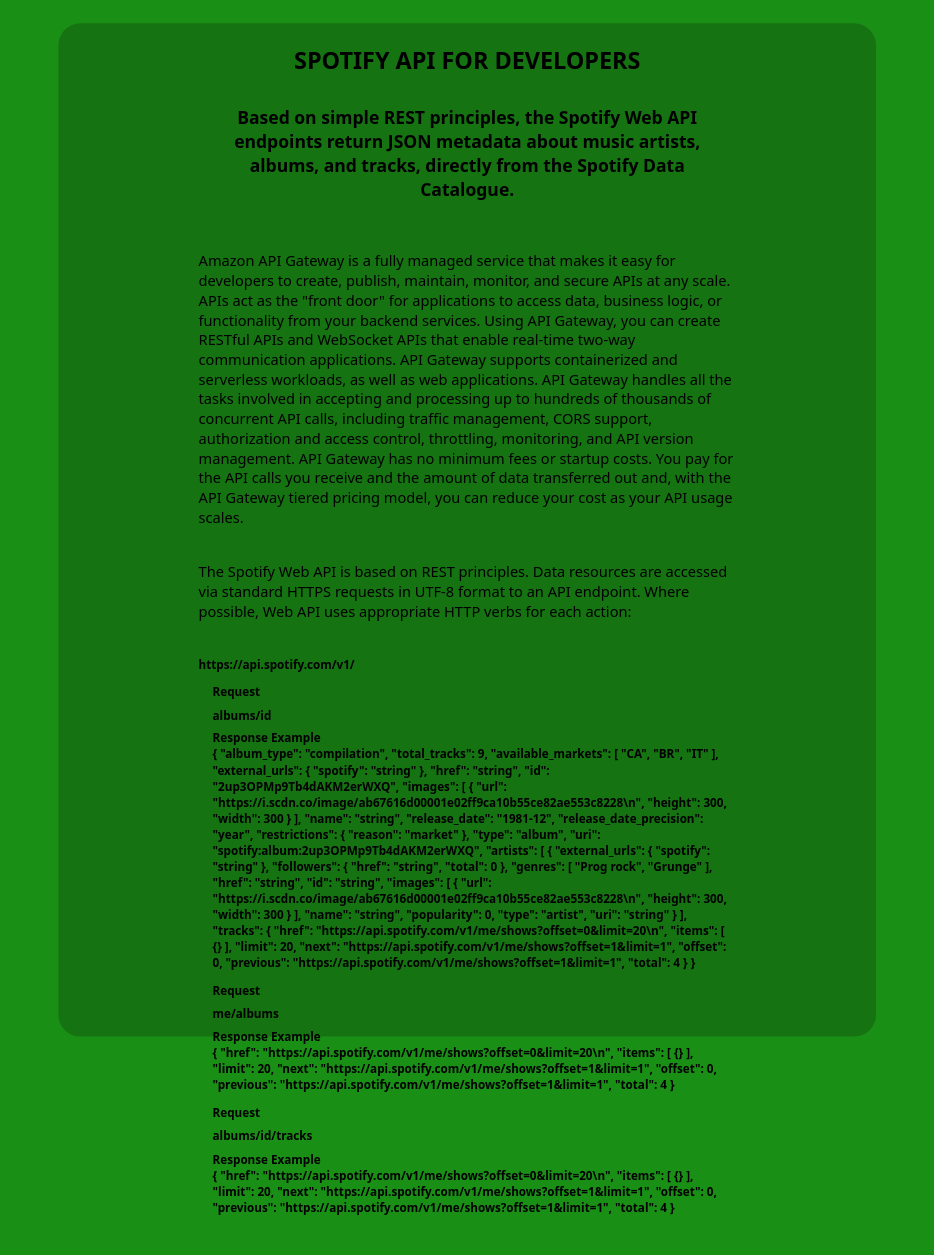
Repository: eliasihai/dizza-html-project
Page: index.html
The author's editor kept a copy of each file at every save. The page is drawn from the files as they stood at one save, then again after the next save.
The browser window is 1280 px wide. The pictures show the whole page, at 73% of full size.

Above is the page before, as saved 2022-01-28 00:29:56.

### index.html
<!DOCTYPE html>
<html lang="en">
  <head>
    <meta charset="UTF-8" />
    <meta http-equiv="X-UA-Compatible" content="IE=edge" />
    <meta name="viewport" content="width=device-width, initial-scale=1.0" />
    <link rel="stylesheet" href="style.css" />
    <link rel="preconnect" href="https://fonts.googleapis.com" />
    <link rel="preconnect" href="https://fonts.gstatic.com" crossorigin />
    <link
      href="https://fonts.googleapis.com/css2?family=Source+Serif+4:ital,wght@0,300;0,400;0,500;0,700;1,300;1,700&display=swap"
      rel="stylesheet"
    />
    <title>Spotify API</title>
  </head>
  <body>
    <div class="container">
      <div class="header_container">
        <!-- <div>
          <img
            src="./png-transparent-youtube-logo-youtube-logo-computer-icons-subscribe-angle-rectangle-airplane.png"
            width="150px"
            alt="This is AWS API image"
          />
        </div> -->
        <div class="title_style">
          <h1>SPOTIFY API FOR DEVELOPERS</h1>
          <h2>
            Based on simple REST principles, the Spotify Web API endpoints
            return JSON metadata about music artists, albums, and tracks,
            directly from the Spotify Data Catalogue.
          </h2>
        </div>
      </div>

      <div class="describe_container">
        <div class="describe_text">
          Amazon API Gateway is a fully managed service that makes it easy for
          developers to create, publish, maintain, monitor, and secure APIs at
          any scale. APIs act as the "front door" for applications to access
          data, business logic, or functionality from your backend services.
          Using API Gateway, you can create RESTful APIs and WebSocket APIs that
          enable real-time two-way communication applications. API Gateway
          supports containerized and serverless workloads, as well as web
          applications. API Gateway handles all the tasks involved in accepting
          and processing up to hundreds of thousands of concurrent API calls,
          including traffic management, CORS support, authorization and access
          control, throttling, monitoring, and API version management. API
          Gateway has no minimum fees or startup costs. You pay for the API
          calls you receive and the amount of data transferred out and, with the
          API Gateway tiered pricing model, you can reduce your cost as your API
          usage scales.
        </div>
        <div class="about_request">
          The Spotify Web API is based on REST principles. Data resources are
          accessed via standard HTTPS requests in UTF-8 format to an API
          endpoint. Where possible, Web API uses appropriate HTTP verbs for each
          action:
        </div>
        <div class="list_container">
          <p>https://api.spotify.com/v1/</p>
          <ul>
            <div class="data_container">
              <div class="request_p">Request</div>
              <li>albums/id</li>
              <div class="response_p">Response Example</div>
              <div>
                { "album_type": "compilation", "total_tracks": 9,
                "available_markets": [ "CA", "BR", "IT" ], "external_urls": {
                "spotify": "string" }, "href": "string", "id":
                "2up3OPMp9Tb4dAKM2erWXQ", "images": [ { "url":
                "https://i.scdn.co/image/ab67616d00001e02ff9ca10b55ce82ae553c8228\n",
                "height": 300, "width": 300 } ], "name": "string",
                "release_date": "1981-12", "release_date_precision": "year",
                "restrictions": { "reason": "market" }, "type": "album", "uri":
                "spotify:album:2up3OPMp9Tb4dAKM2erWXQ", "artists": [ {
                "external_urls": { "spotify": "string" }, "followers": { "href":
                "string", "total": 0 }, "genres": [ "Prog rock", "Grunge" ],
                "href": "string", "id": "string", "images": [ { "url":
                "https://i.scdn.co/image/ab67616d00001e02ff9ca10b55ce82ae553c8228\n",
                "height": 300, "width": 300 } ], "name": "string", "popularity":
                0, "type": "artist", "uri": "string" } ], "tracks": { "href":
                "https://api.spotify.com/v1/me/shows?offset=0&limit=20\n",
                "items": [ {} ], "limit": 20, "next":
                "https://api.spotify.com/v1/me/shows?offset=1&limit=1",
                "offset": 0, "previous":
                "https://api.spotify.com/v1/me/shows?offset=1&limit=1", "total":
                4 } }
              </div>
            </div>
            <div class="data_container">
              <div class="request_p">Request</div>
              <li>me/albums</li>
              <div class="response_p">Response Example</div>
              <div>
                { "href":
                "https://api.spotify.com/v1/me/shows?offset=0&limit=20\n",
                "items": [ {} ], "limit": 20, "next":
                "https://api.spotify.com/v1/me/shows?offset=1&limit=1",
                "offset": 0, "previous":
                "https://api.spotify.com/v1/me/shows?offset=1&limit=1", "total":
                4 }
              </div>
            </div>
            <div class="data_container">
              <div class="request_p">Request</div>
              <li>albums/id/tracks</li>
              <div class="response_p">Response Example</div>
              <div>
                { "href":
                "https://api.spotify.com/v1/me/shows?offset=0&limit=20\n",
                "items": [ {} ], "limit": 20, "next":
                "https://api.spotify.com/v1/me/shows?offset=1&limit=1",
                "offset": 0, "previous":
                "https://api.spotify.com/v1/me/shows?offset=1&limit=1", "total":
                4 }
              </div>
            </div>
          </ul>
        </div>
      </div>
    </div>
  </body>
</html>

### style.css
body {
  min-block-size: 100%;
  min-inline-size: 100%;
  margin: 0;
  box-sizing: border-box;
  display: grid;
  place-content: center;
  font-family: system-ui, sans-serif;
}
html {
  block-size: 100%;
  inline-size: 100%;
  margin: 0;
  font-family: "Source Serif 4", sans-serif;
  background-color: rgba(26, 143, 22);
}
.container {
  height: 80%;
  /* background-position: center; */
  /* background-repeat: no-repeat; */
  /* background-size: cover; */
  padding: 0.4em 10em;
  margin: 2em 5em;
  background-color: rgba(0, 0, 0, 0.2);
  border-radius: 30px;
}
.header_container {
  display: flex;
  flex-direction: column;
}
.title_style {
  display: flex;
  flex-direction: column;
  text-align: center;
}
.title_style h2 {
  padding: 0 3em;
}
.describe_container .about_request,
.describe_container .describe_text {
  margin: 3rem 2rem;
  font-size: 1.25em;
}
/* .describe_text {
  margin: 3rem 2rem;
} */
.list_container {
  /* align-items: center;
  justify-content: flex-start;
  flex: 50%; */
  font-weight: 600;
  margin: 0.1rem 2rem !important;
}
.list_container ul{
  padding-left: 1.2em !important;
}
.list_container ul li{
  position: relative;
  display: inline-block;
  padding: 0.6em 0em !important;
}
.data_container{
  margin: 1em 0em;
}

/* .list_container li:hover{
  background-color: rgba(131, 131, 131, 0.7);
  transition: transform .9s ease;
  display: inline-block;
}
.list_container li:::before {
  transform: scaleX(0);
  transform-origin: bottom right;
}

.list_container li:hover::before {
  transform: scaleX(1);
  transform-origin: bottom left;
} */

.list_container li::before {
  transform: scaleX(0);
  transform-origin: bottom right;
}

.list_container li:hover::before {
  transform: scaleX(1);
  transform-origin: bottom left;
}

.list_container li::before {
  content: " ";
  display: block;
  position: absolute;
  top: 0; right: 0; bottom: 0; left: 0;
  inset: 0 0 0 0;
  background: hsl(200 100% 80%);
  z-index: -1;
  transition: transform .5s ease;
}

After the next save:
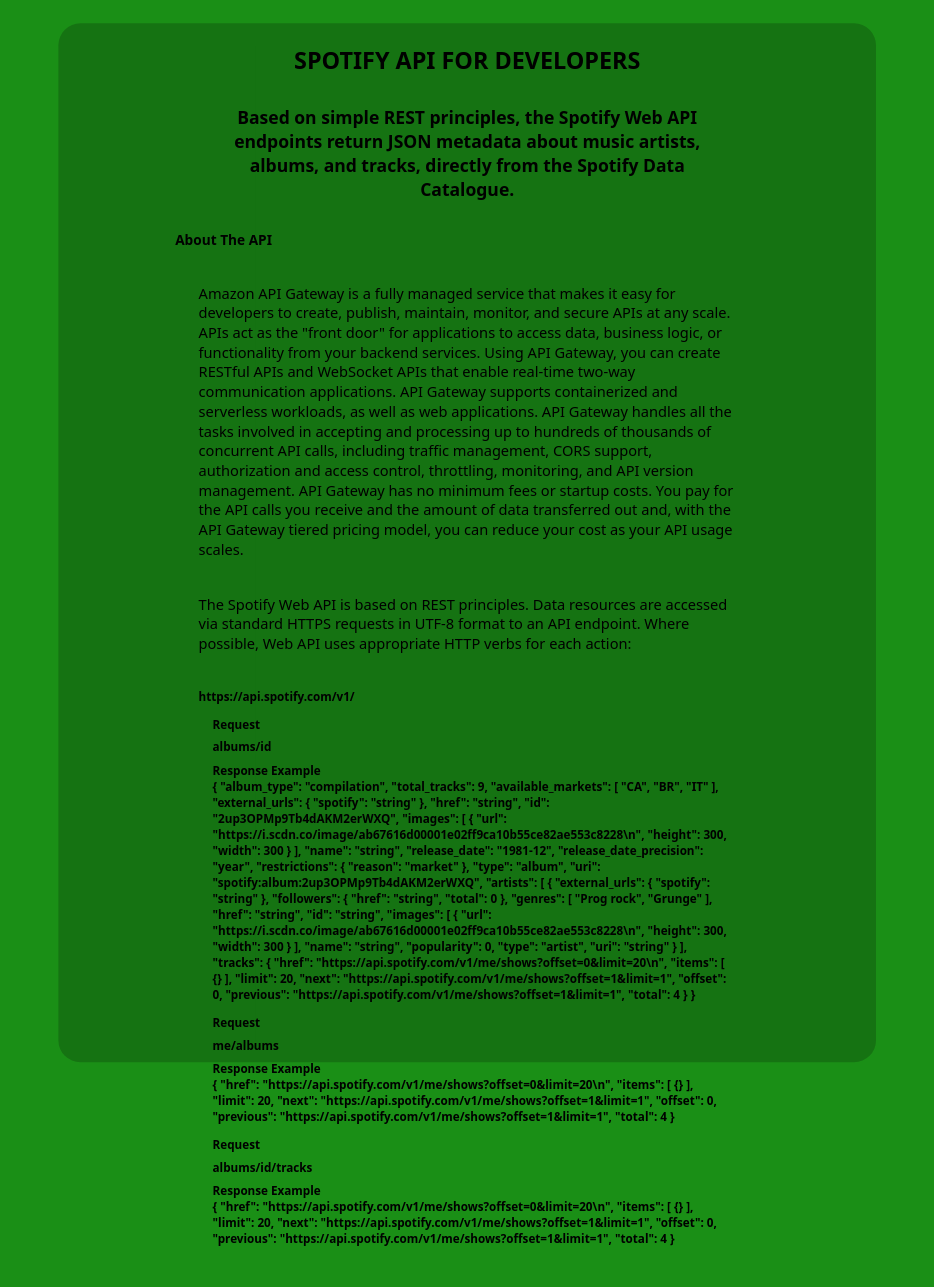
Saved 5 s later.
--- a/index.html
+++ b/index.html
@@ -34,6 +34,7 @@
       </div>
 
       <div class="describe_container">
+        <h3>About The API</h3>
         <div class="describe_text">
           Amazon API Gateway is a fully managed service that makes it easy for
           developers to create, publish, maintain, monitor, and secure APIs at
